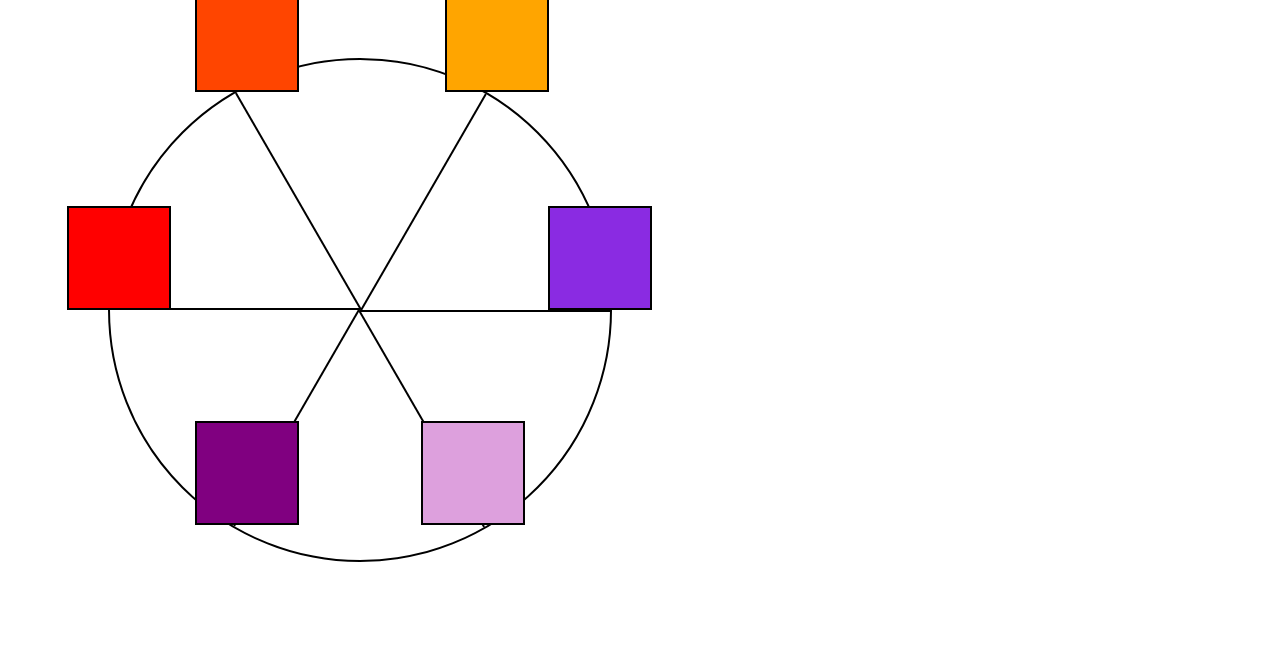
Repository: Lungdjos/ferris_wheel
Page: index.html
These files come from the project's save history. The page is drawn as it stood at one moment and after the next save; the edit follows.
The browser window is 1280 px wide. The pictures show the whole page.

Above is the page before, as saved 2024-01-11 10:01:38.

After the next save:
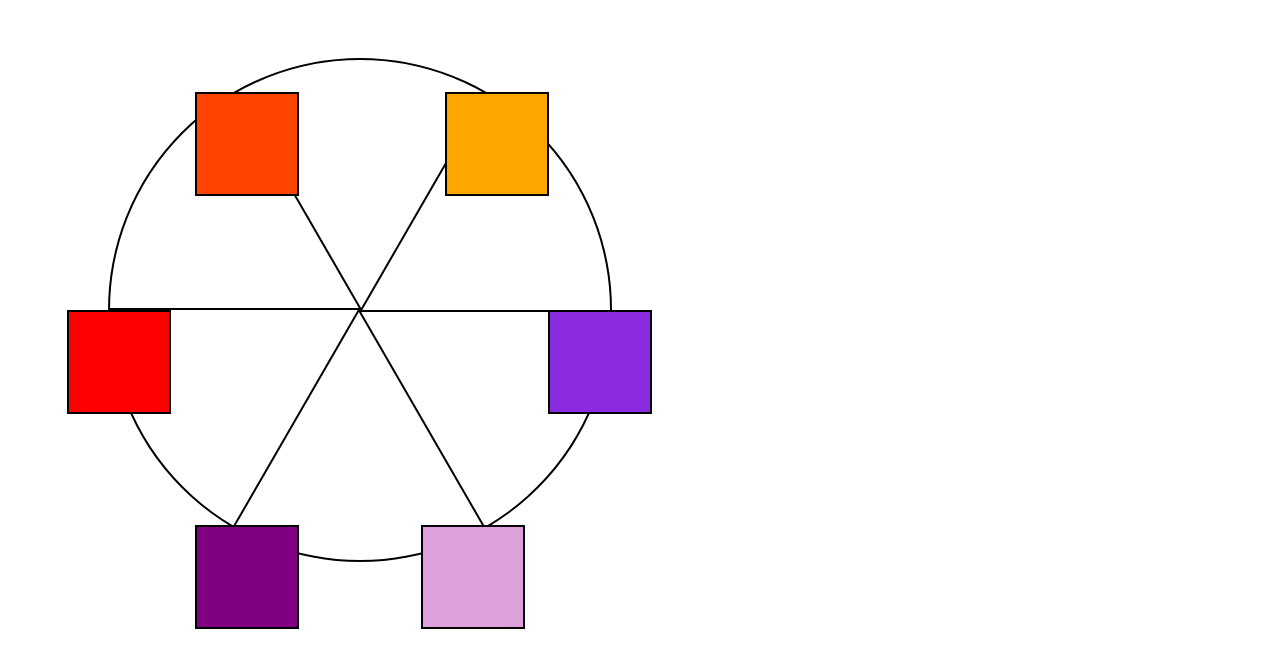
Saved 39 s later.
--- a/styles.css
+++ b/styles.css
@@ -59,7 +59,10 @@
     border: 2px solid;
     position: absolute;
     transform-origin: 50% 0%;
-    animation: cabin 10s linear 0 infinite 0 0;
+    animation-name: wheel;
+    animation-duration: 10s;
+    animation-iteration-count: infinite;
+    animation-timing-function: linear;
 }
 
 .cabin:nth-of-type(1) {
